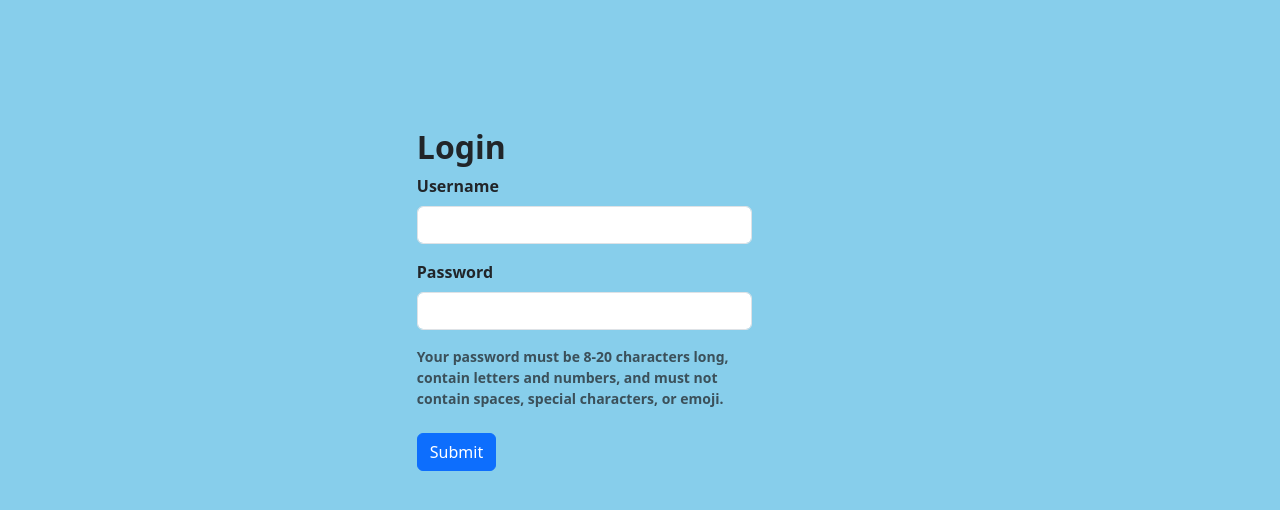
Repository: sarathraj2002/todo-list
Page: login.html
An editor plug-in stored every save of this project. The page is shown before and after a run of saves, followed by the edit.
The browser window is 1280 px wide. The pictures show the whole page.

Above is the page before, as saved 2024-09-05 11:07:48.

### login.html
<!DOCTYPE html>
<html lang="en">
<head>
    <meta charset="UTF-8">
    <meta name="viewport" content="width=device-width, initial-scale=1.0">
    <title>login</title>
    <link rel="stylesheet" href="bootstrap.min.css">
    <link rel="stylesheet" href="style.css">
</head>
<body>
    <div class="container">
    <form class="form">
        <h2><b>Login</h2>
        <div class="mb-3">
          <label for="exampleInputUsername1" class="form-label">Username</label>
          <input type="test" class="form-control" id="username" >

        </div>
        <div class="mb-3 ">
          <label for="exampleInputPassword1" class="form-label">Password</label>
          <input type="password" class="form-control" id="password">
        </div>
        <div id="passwordHelpBlock" class="form-text">
            Your password must be 8-20 characters long, contain letters and numbers, and must not contain spaces, special characters, or emoji.
          </div>
          <br>

        <button type="submit" class="btn btn-primary">Submit</button>
      </form>
    </div>
    <script src="script.js"></script>
</body>
</html>

### style.css
body{
    background-color: skyblue;
    background-size: cover;
}
.container{
    height: 100px;
    padding-top: 10%;

}
.form{
    height: 100%;
    width: 60%;
    border-color:black;
    padding-left: 30%;
    border: 5%;
}

Loaded but not shown: bootstrap.min.css (library); script.js (no stored copy; drawn as an empty file)

After the next 2 saves:
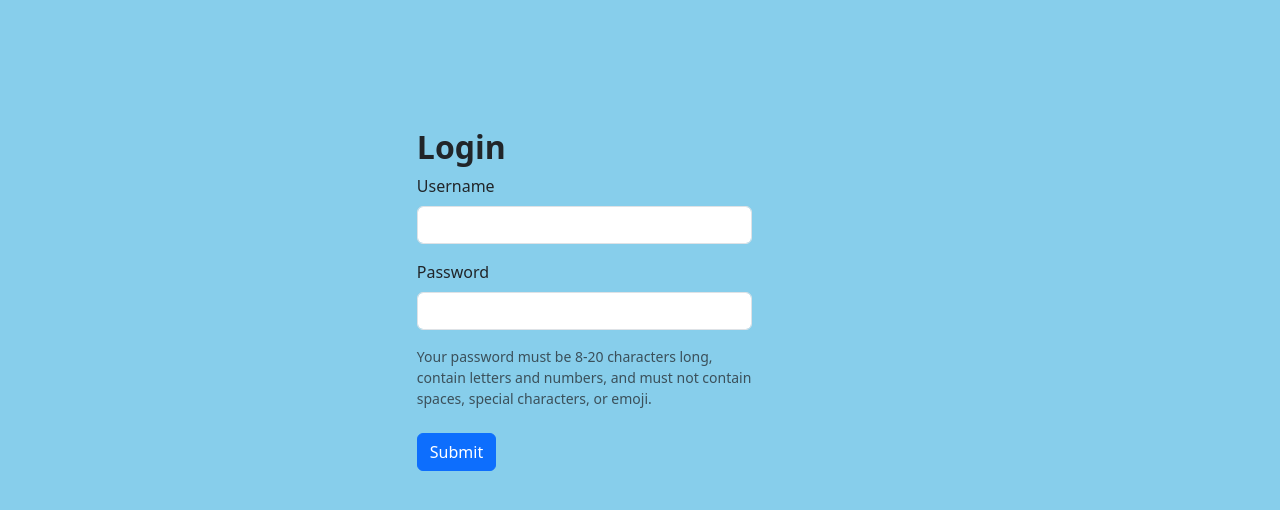
The 2 saves are shown as one change because they came seconds apart.
The last was saved 7 s later.
--- a/login.html
+++ b/login.html
@@ -10,7 +10,7 @@
 <body>
     <div class="container">
     <form class="form">
-        <h2><b>Login</h2>
+        <h2><b>Login</b></h2>
         <div class="mb-3">
           <label for="exampleInputUsername1" class="form-label">Username</label>
           <input type="test" class="form-control" id="username" >
